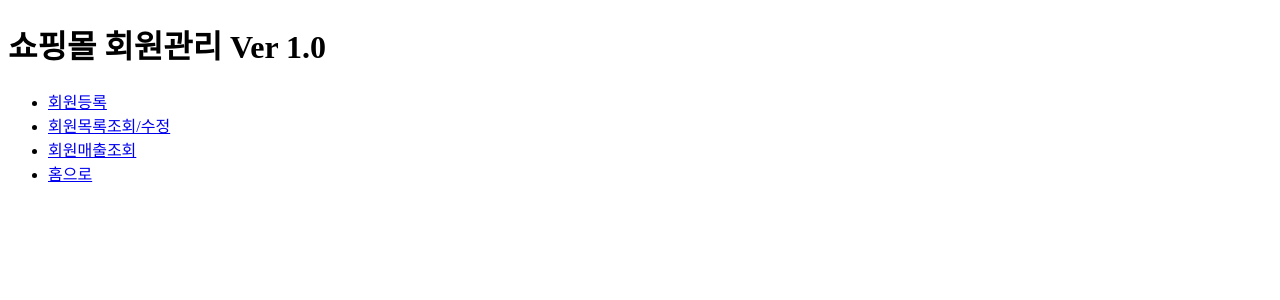
Repository: jeongbin5211/shop_jsp_project
Page: http://localhost/HRD_003/
These files come from the project's save history. The page is drawn as it stood at one moment and after the next save; the edit follows.
The browser window is 1280 px wide. The pictures show the whole page.
The page is served by Tomcat 9.

Above is the page before, as saved 2023-12-27 15:30:51.

After the next save:
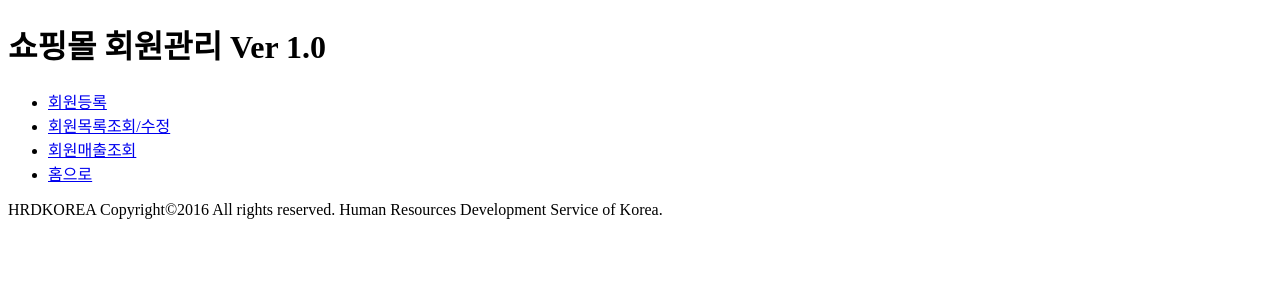
Saved 22 s later.
--- a/source/HRD_003/src/main/webapp/index.jsp
+++ b/source/HRD_003/src/main/webapp/index.jsp
@@ -26,5 +26,9 @@
 			</ul>
 		</nav>
 	</header>
+
+	<footer>
+		<p>HRDKOREA Copyright&copy;2016 All rights reserved. Human Resources Development Service of Korea.</p>
+	</footer>
 </body>
 </html>
